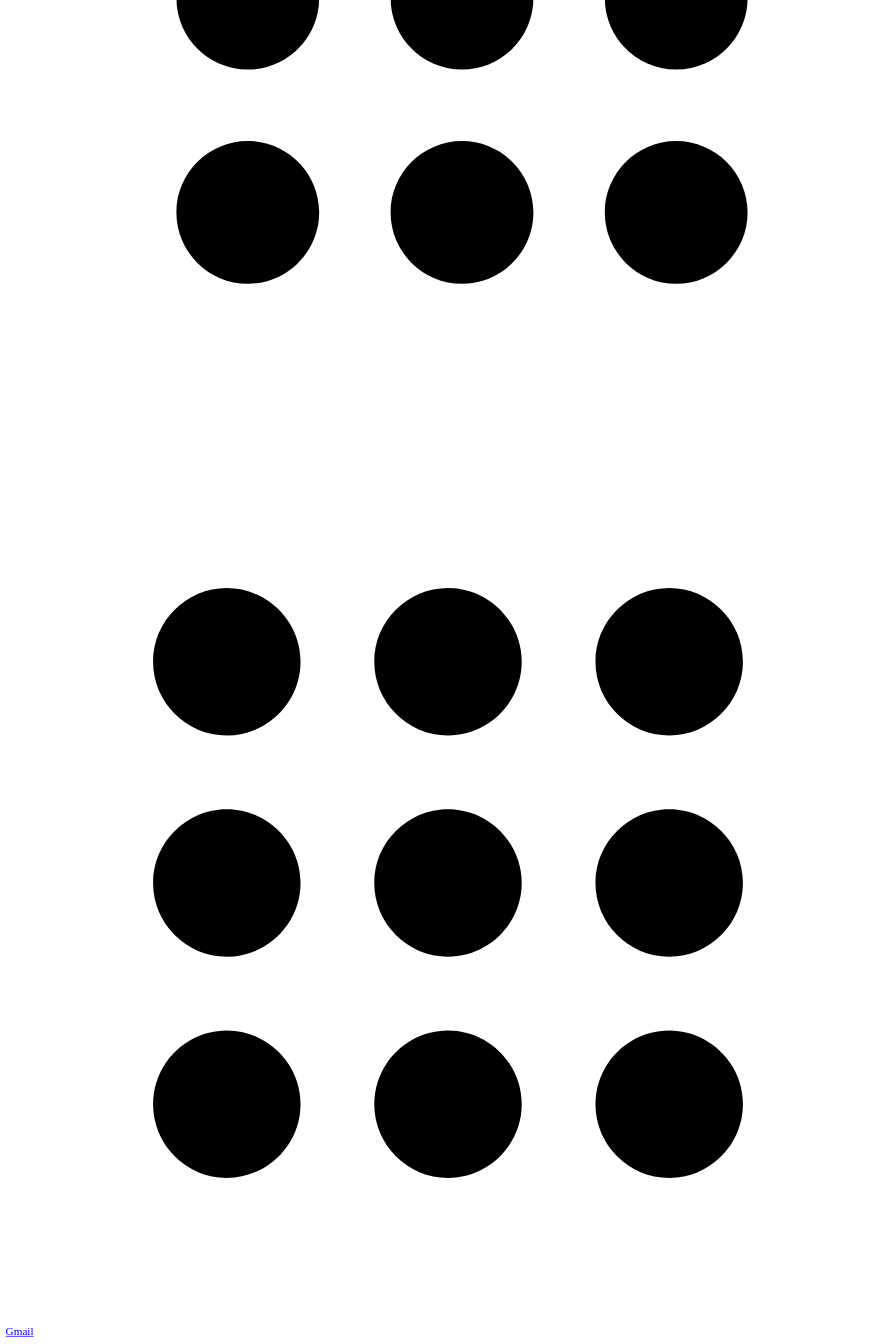
Repository: Ola-22/google
Page: index.html
An editor plug-in stored every save of this project. The page is shown before and after the next save, followed by the edit.
The browser window is 1280 px wide. The pictures show the part of the page from y = 658 to 2578 px (the page is 2578 px tall before and 1314 px after), at 70% of full size.
Some web libraries are served in a nearby version.

Above is the page before, as saved 2021-10-02 20:07:27.

After the next save:
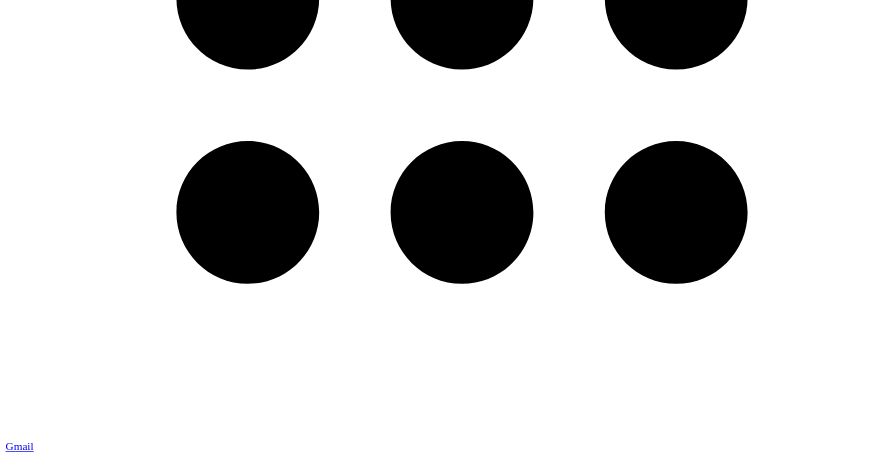
Saved 25 s later.
--- a/index.html
+++ b/index.html
@@ -23,13 +23,13 @@
         </svg></li>
     </ul>
 
-    <div>
+    <!-- <div>
       <a href="#"><svg class="gb_Ve" focusable="false" viewBox="0 0 24 24">
           <path
             d="M6,8c1.1,0 2,-0.9 2,-2s-0.9,-2 -2,-2 -2,0.9 -2,2 0.9,2 2,2zM12,20c1.1,0 2,-0.9 2,-2s-0.9,-2 -2,-2 -2,0.9 -2,2 0.9,2 2,2zM6,20c1.1,0 2,-0.9 2,-2s-0.9,-2 -2,-2 -2,0.9 -2,2 0.9,2 2,2zM6,14c1.1,0 2,-0.9 2,-2s-0.9,-2 -2,-2 -2,0.9 -2,2 0.9,2 2,2zM12,14c1.1,0 2,-0.9 2,-2s-0.9,-2 -2,-2 -2,0.9 -2,2 0.9,2 2,2zM16,6c0,1.1 0.9,2 2,2s2,-0.9 2,-2 -0.9,-2 -2,-2 -2,0.9 -2,2zM12,8c1.1,0 2,-0.9 2,-2s-0.9,-2 -2,-2 -2,0.9 -2,2 0.9,2 2,2zM18,14c1.1,0 2,-0.9 2,-2s-0.9,-2 -2,-2 -2,0.9 -2,2 0.9,2 2,2zM18,20c1.1,0 2,-0.9 2,-2s-0.9,-2 -2,-2 -2,0.9 -2,2 0.9,2 2,2z">
           </path>
         </svg></a>
-    </div>
+    </div> -->
     <div>
       <a href="#">Gmail</a>
     </div>
